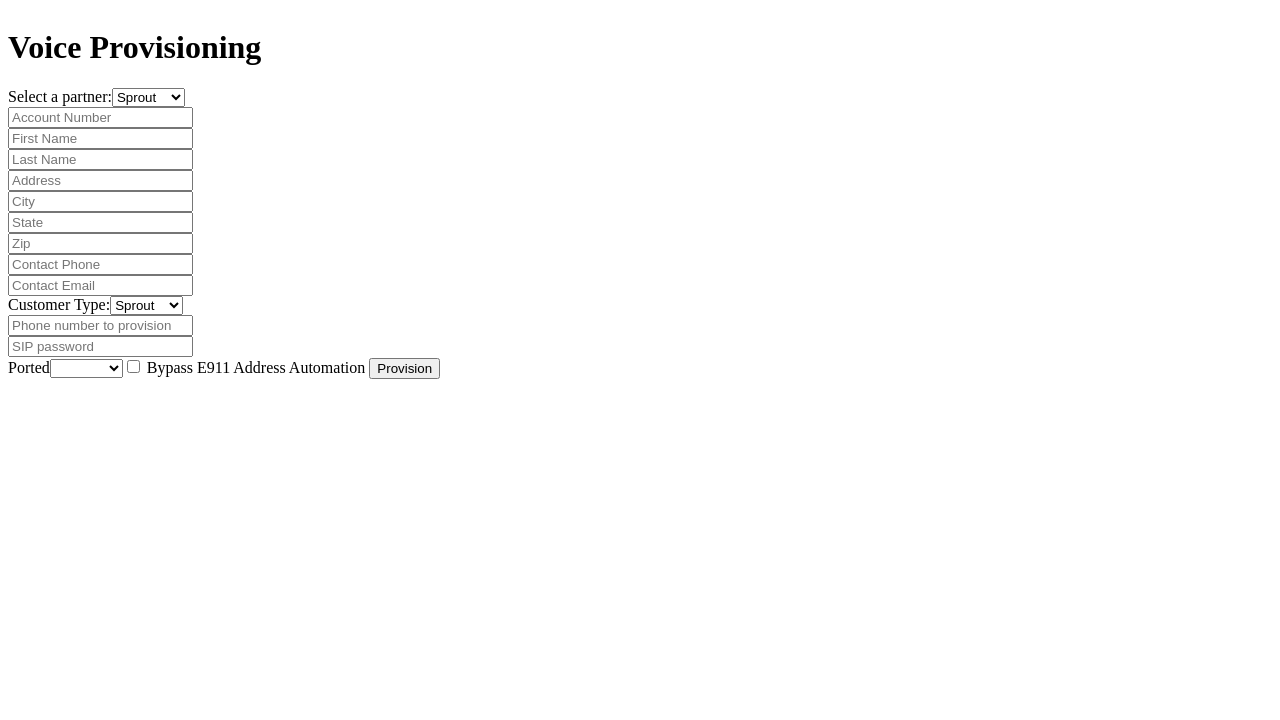
Repository: smallchungus/logiccom
Page: /
These files come from the project's save history. The page is drawn as it stood at one moment and after a run of saves; the edit follows.
The browser window is 1280 px wide. The pictures show the whole page.
The project was rebuilt for these pictures with package versions that can differ from the ones it lists, and the page was loaded fresh each time. Also part of the build but not shown: vite.config.ts.

Above is the page before, as saved 2023-05-04 11:19:38.

### src/App.vue
<style src="./styles.css"></style>


<template>
<header>
  <h1>Voice Provisioning</h1>
</header>

<form>
      <div class="form-group">
        <label for="partner">Select a partner:</label>
        <select id="partner" name="partner">
          <option value="Sprout">Sprout</option>
          <option value="option2">Option 2</option>
        </select>
      </div>

      <div class="form-group">
        <input type="text" id="accountNum" name="accountNum" placeholder="Account Number">
      </div>

      <div class="form-group">
        <input type="text" id="firstName" name="firstName" placeholder="First Name">
      </div>

      <div class="form-group">
        <input type="text" id="lastName" name="lastName" placeholder="Last Name">
      </div>

      <div class="form-group">
        <input type="text" id="address" name="address" placeholder="Address">
      </div>

      <div class="form-group">
        <input type="text" id="city" name="city" placeholder="City">
      </div>

      <div class="form-group">
        <input type="text" id="state" name="state" placeholder="State">
      </div>

      <div class="form-group">
        <input type="text" id="zip" name="zip" placeholder="Zip">
      </div>

      <div class="form-group">
        <input type="text" id="contactPhone" name="contactPhone" placeholder="Contact Phone">
      </div>

      <div class="form-group">
        <input type="text" id="contactEmail" name="contactEmail" placeholder="Contact Email">
      </div>

      <div class="form-group">
        <label for="customerType">Customer Type:</label>
        <select id="customerType" name="customerType">
          <option value="Sprout">Sprout</option>
          <option value="option2">Option 2</option>
        </select>
      </div>

      <div class="form-group">
        <input type="text" id="phoneToProv" name="phoneToProv" placeholder="Phone number to provision">
      </div>

      <div class="form-group">
        <input type="password" id="sipPassword" name="sipPassword" placeholder="SIP password">
      </div>


    <label for="ported">Ported</label>
    <select id="ported" name="ported">
      <option value=""></option>
      <option value="option2">Option 2</option>
    </select>

    <label>
      <input type="checkbox" >
      Bypass E911 Address Automation
    </label>

    <button type="submit">Provision</button>
  </form>
</template>

### src/styles.css

@media (min-width: 1024px) {
  header {
    display: flex;
    place-items: center;
    padding-right: calc(var(--section-gap) / 2);
  }

  .logo {
    margin: 0 2rem 0 0;
  }

  header .wrapper {
    display: flex;
    place-items: flex-start;
    flex-wrap: wrap;
  }
}

Loaded but not shown: index.html (common file); src/main.ts (common file)

After the next 3 saves:
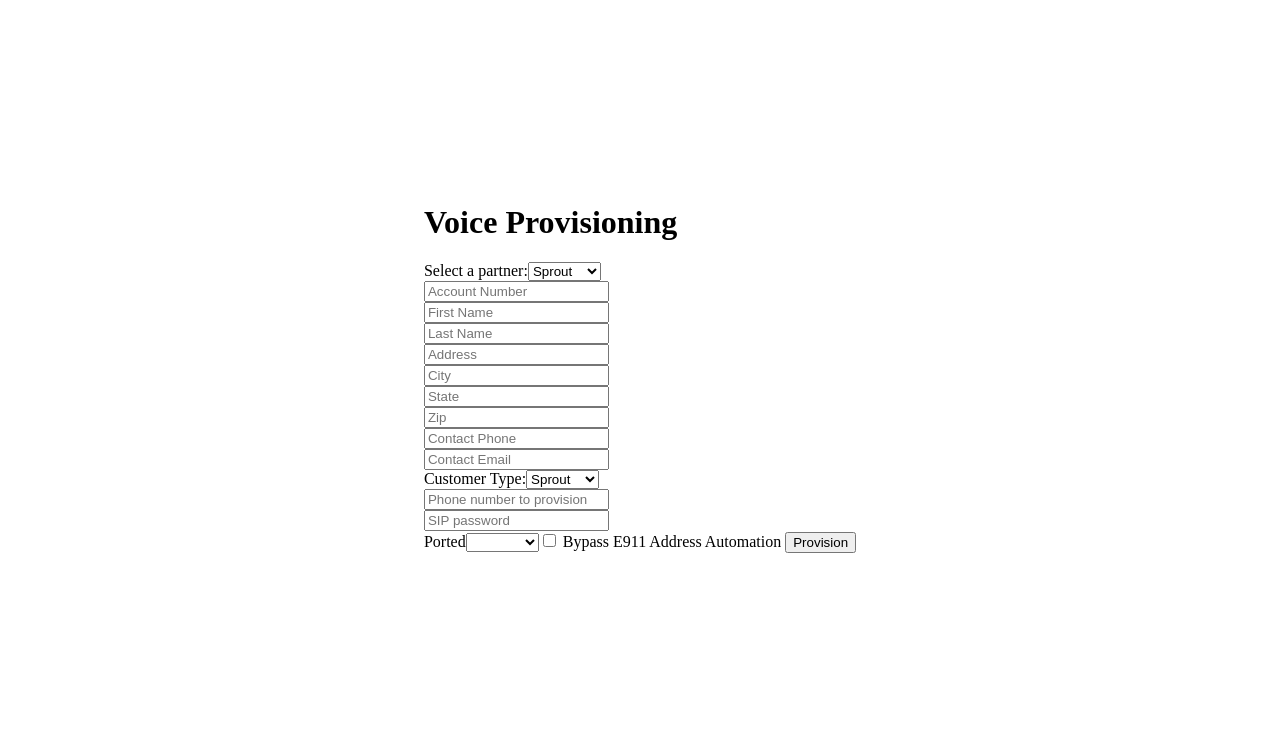
The 3 saves are shown as one change because they came seconds apart.
The last was saved 70 s later.
--- a/src/styles.css
+++ b/src/styles.css
@@ -1,3 +1,10 @@
+body {
+    display: flex;
+    justify-content: center;
+    align-items: center;
+    height: 100vh;
+  }
+
 
 @media (min-width: 1024px) {
   header {
